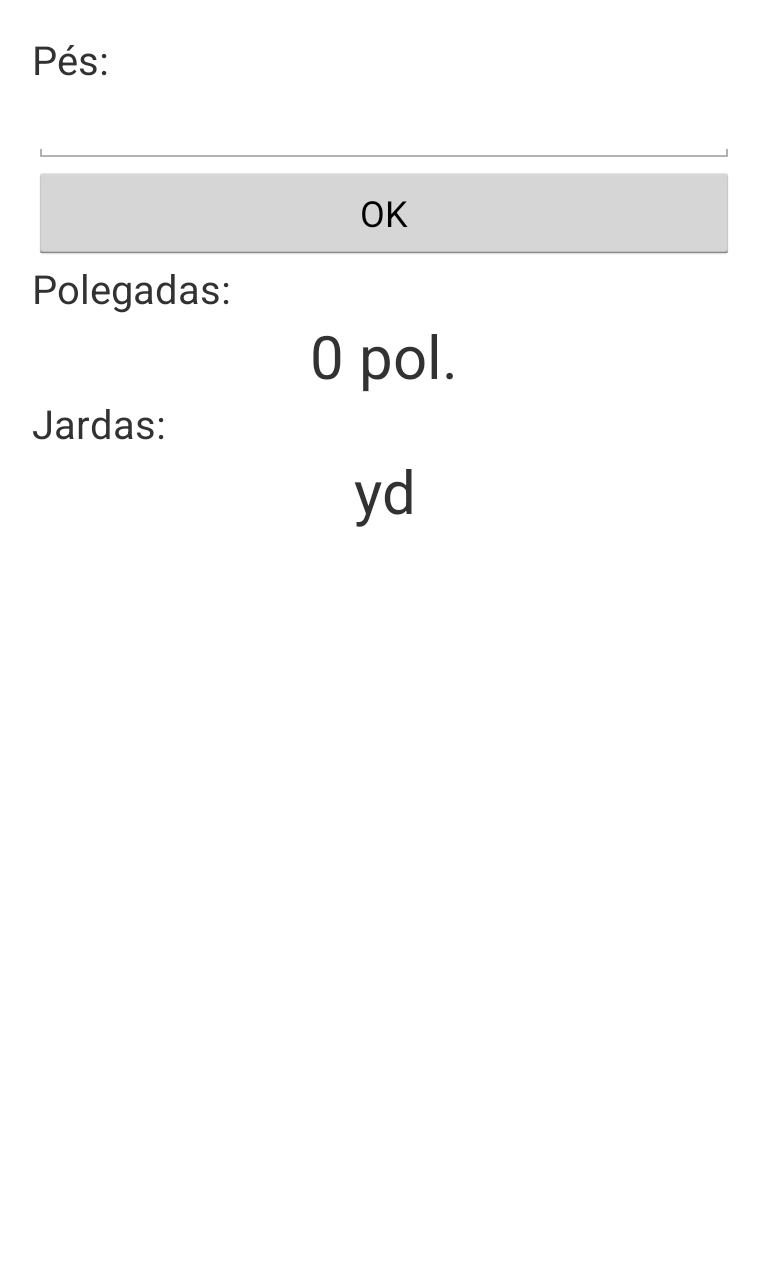
Repository: erickluz/Android
Layout: ConversaoDistancia/res/layout/activity_main.xml
An editor plug-in stored every save of this project. The layout is shown before and after the next save, followed by the edit.
It is drawn on a 768 x 1280 px phone screen (xhdpi) without system bars, with theme AppTheme; the app's code is not run.

Above is the layout before, as saved 2016-03-15 00:48:02.

After the next save:
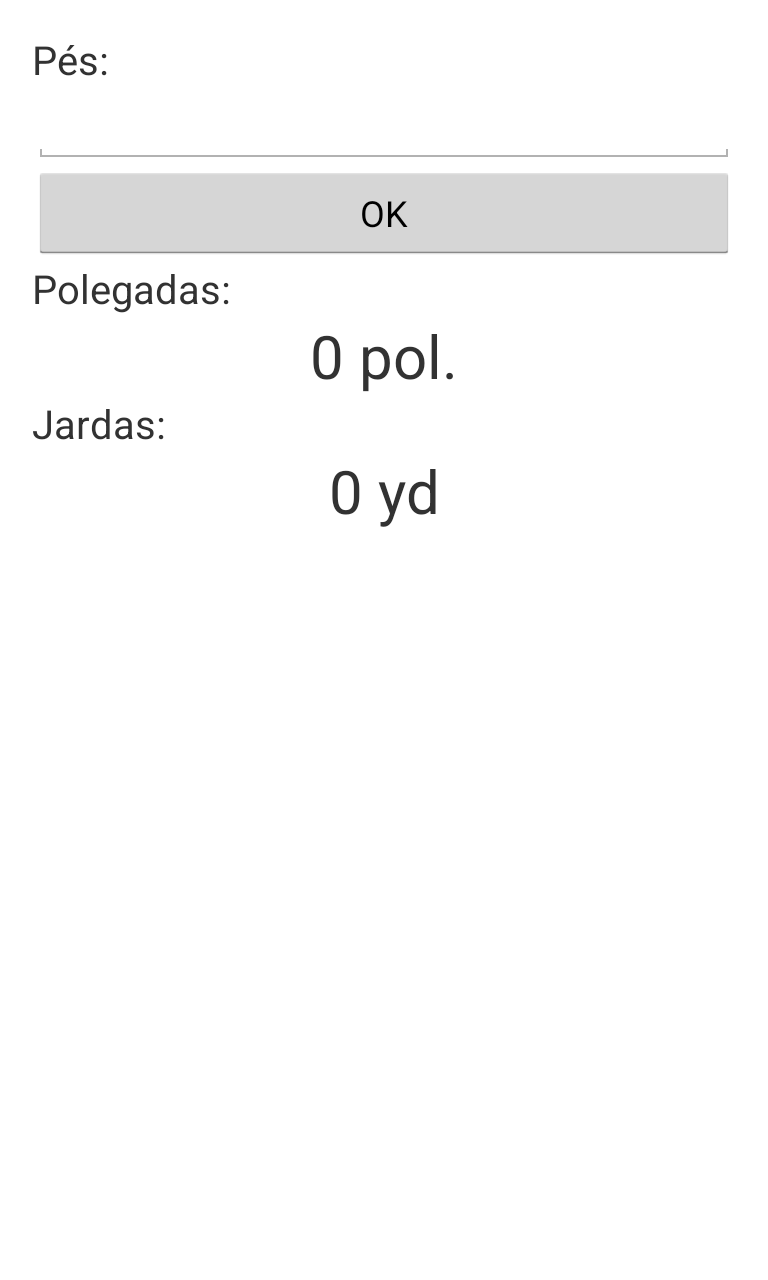
Saved 6 s later.
--- a/ConversaoDistancia/res/values/strings.xml
+++ b/ConversaoDistancia/res/values/strings.xml
@@ -9,6 +9,6 @@
     <string name="polegadas">Polegadas:</string>
     <string name="pol">0 pol.</string>
     <string name="jardas">Jardas:</string>
-    <string name="jar">yd</string>
+    <string name="jar">0 yd</string>
 
 </resources>
